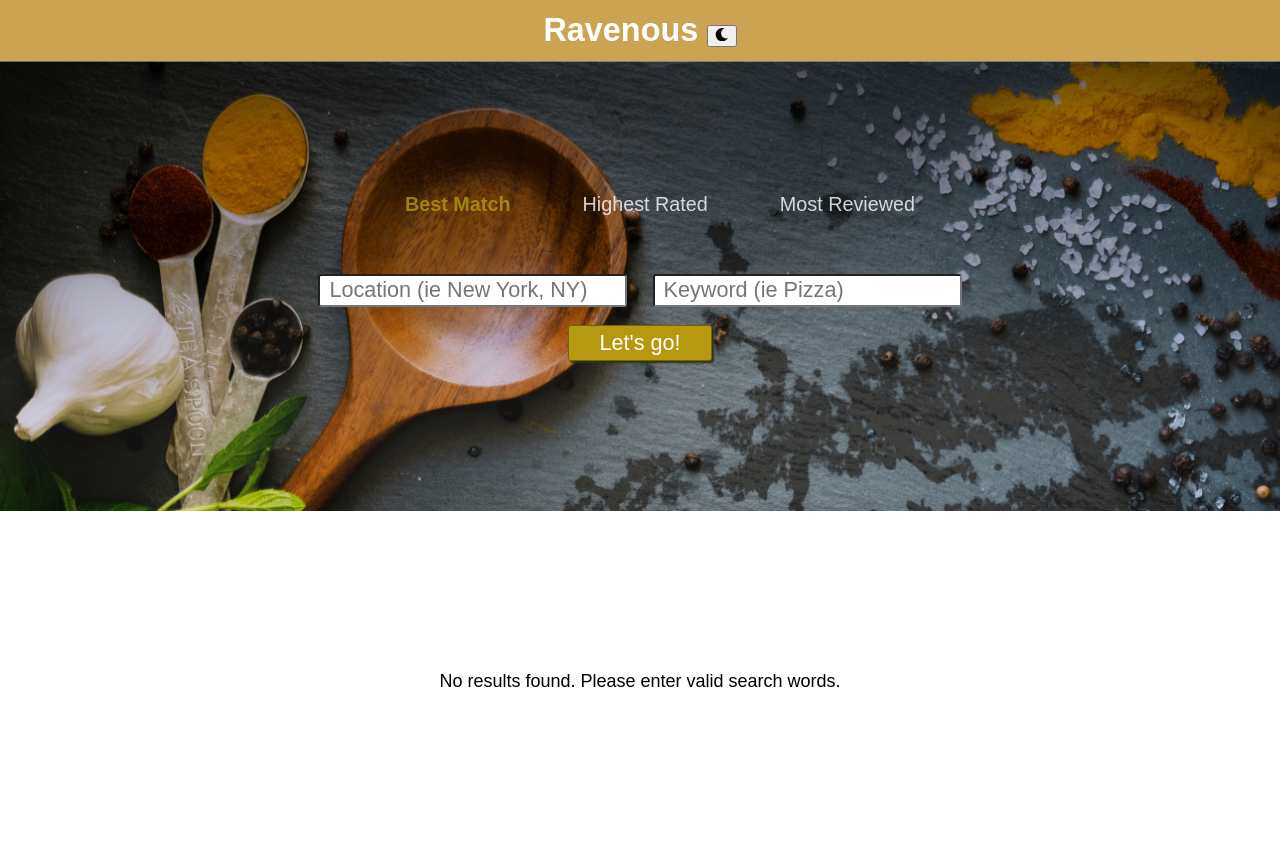
Repository: LolaSL/Ravenous
Page: /
An editor plug-in stored every save of this project. The page is shown before and after the next save, followed by the edit.
The browser window is 1280 px wide. The pictures show the whole page.
The page's requests for data from a server got no answer. The project was rebuilt for these pictures with package versions that can differ from the ones it lists, and the page was loaded fresh each time. No one was signed in, and anything a server would have sent is missing. Also part of the build but not shown: src/Business/Business.js.

Above is the page before, as saved 2024-03-24 12:55:26.

### src/App.js
import './App.css';
import React, { useState, useEffect } from 'react';
import BusinessList from './BusinessList/BusinessList';
import SearchBar from './SearchBar/SearchBar';
import getSuggestions from './utils/yelp';
import ThemeToggle from './ThemeToggle';


function App() {
  const [businesses, setBusinesses ] = useState([]);

  const searchYelp = async (keyword, location, sort) => {
    const suggestions = await getSuggestions(keyword, location, sort);
    setBusinesses(suggestions);
  };

  useEffect(() => {
    searchYelp("food", "US", "best_match");
  }, []);

  return (
    <div className="App">
      <header>
        <h1>Ravenous  <ThemeToggle /></h1>
      </header>
      <main>
        <SearchBar searchYelp={searchYelp}/>
        <BusinessList businesses={businesses}/>
      </main>
      <footer>

      </footer>

    </div>
  );
};

export default App;

### src/App.css
/* Universal Styles */

html {
  font-size: 18px;
}

html,
body {
  margin: 0;
}

@media only screen and (max-width: 560px) {
  html {
    font-size: 15px;
  }
}

input:focus {
  outline: none;
}

/* App Styles */

.App {
  font-family: "Work Sans", sans-serif;
}

.App h1 {
  padding: 0.66rem 0;
  text-align: center;
  background-color: #cca353;
  font-family: Poppins, sans-serif;
  font-size: 1.8rem;
  color: #fff;
  margin: 0;
}

### src/BusinessList/BusinessList.js
import React from 'react';
import './BusinessList.css';
import Business from '../Business/Business';

function BusinessList(prop) {
  if(!prop.businesses) {
    return (
      <div id="business-list">
        <p>No results found. Please enter valid search words.</p>
      </div>
    )
  }
  return (
    <div id="business-list">
      {prop.businesses?.map(business => {
        return <Business info={business} key={business.id}/>;
      })}
    </div>
  );
};

export default BusinessList;

### src/SearchBar/SearchBar.js
import React, { useState } from 'react';
import './SearchBar.css';

function SearchBar({ searchYelp }) {
    const [location, setLocation] = useState("US");
    const [keyword, setKeyword] = useState("restaurant");
    const [sort, setSort] = useState("best_match");

    const sortChoices = [
        { id: "best_match", choice: "Best Match" },
        { id: "rating", choice: "Highest Rated" },
        { id: "review_count", choice: "Most Reviewed" }
    ];

    const handleSortChange = (choice) => {
        setSort(choice);
    }

    const handleLocationChange = (event) => {
        let choice = event.target.value;
        if (!choice) {
            choice = "US";
        };
        setLocation(choice);
    };

    const handleKeywordChange = (event) => {
        let choice = event.target.value;
        if (!choice) {
            choice = "food";
        };
        setKeyword(choice);
    };

    const handleSubmit = (event) => {
        event.preventDefault();
        searchYelp(keyword, location, sort);
    };

    return (
        <div id="search-bar">
            <ul id="sort-options">
                {sortChoices.map((choice) => (
                    <li key={choice.id} value={choice.id} onClick={() => handleSortChange(choice.id)} className={sort === choice.id ? "active" : ""}>{choice.choice}</li>
                ))}
            </ul>
            <div id="user-input">
                <input className="search-input" id="location" onChange={handleLocationChange} placeholder="Location (ie New York, NY)" />
                <input className="search-input" id="keyword" onChange={handleKeywordChange} placeholder="Keyword (ie Pizza)" />
                <button id="submit" type="submit" onClick={handleSubmit}>Let's go!</button>
            </div>
        </div>
    );
};

export default SearchBar;

### src/utils/yelp.js
const apiKey = process.env.REACT_APP_API_KEY;
const cors = "https://cors-anywhere.herokuapp.com/";
const baseUrl = "https://api.yelp.com/v3";
const searchEndpoint = "/businesses/search";

const getSuggestions = async (keyword, location, sort) => {
  const endpoint = `${cors}${baseUrl}${searchEndpoint}?term=${keyword}&location=${location}&sort_by=${sort}`;

  try {
    const response = await fetch(endpoint,
      {
        headers: {
          Authorization: `Bearer ${apiKey}`
        }
      }
    );
    if (response.ok) {
      const jsonResponse = await response.json();
      const results = jsonResponse.businesses.map((business) => ({
        id: business.id,
        img: business.image_url,
        name: business.name,
        address: `${business.location.display_address[0]}, ${business.location.display_address[1]}`,
        category: business.categories[0].title,
        rating: business.rating,
        reviews: business.review_count
      }));
      return results;
    }
  }
  catch (error) {
    console.log(error);
  };
};
export default getSuggestions;

### src/ThemeToggle.js
import React from 'react';
import { FaSun, FaMoon } from 'react-icons/fa';

const ThemeToggle = () => {
  const [theme, setTheme] = React.useState('light');

  React.useEffect(() => {
    document.body.className = theme;
  }, [theme]);

  const toggleTheme = () => {
    if (theme === 'light') {
      setTheme('dark');
    } else {
      setTheme('light');
    }
  };

  return (
    <button className="theme-toggle" onClick={toggleTheme}>
      {theme === 'light' ? <FaMoon /> : <FaSun />}
    </button>
  );
};

export default ThemeToggle;

### src/BusinessList/BusinessList.css
/* BusinessList.css */
#business-list {
  display: flex;
  box-sizing: border-box;
  width: 100%;
  min-height: 15rem;
  margin: 2rem auto;
  padding: 1rem 5rem;
  align-items: center;
  flex-wrap: wrap;
  justify-content: center;
  background-color: white;
}

### src/SearchBar/SearchBar.css
#search-bar {
  display: flex;
  flex-direction: column;
  justify-content: center;
  background-image: url("./background_search_desktop.jpg");
  background-size: cover;
  background-repeat: no-repeat;
  height: 25rem;
}

#sort-options {
  display: flex;
  justify-content: center;
  margin-bottom: 2.22rem;
  color: white;
}

#sort-options li {
  display: inline;
  margin: 0 2rem;
  color: white;
  font-size: 1.1rem;
  opacity: 80%;
  justify-content: center;
}

#sort-options li:hover {
  cursor: pointer;
  color: rgb(182, 152, 17);
}

.active {
  color: rgb(182, 152, 17) !important;
  font-weight: bold;
}

hr {
  margin: 1.5rem auto;
  width: 30%;
  opacity: 50%;
}

#user-input {
  margin: 1rem auto;
}

.search-input {
  margin: 0 0.7rem;
  font-size: 1.2rem;
  height: 1.2rem;
  padding: 0.2rem 0.5rem;
  border-radius: 3px;
}

#submit {
  display: block;
  width: 8rem;
  height: 2rem;
  margin: 1rem auto;
  color: white;
  background-color: rgb(182, 152, 17);
  border: 1px solid rgb(107, 101, 17);
  border-radius: 3px;
  font-size: 1.2rem;
  box-shadow: 2px 2px 2px rgb(47, 53, 10);
}

#submit:hover {
  cursor: pointer;
  background-color: rgb(81, 67, 2);
}

@media only screen and (max-width: 560px) {
  #search-bar {
    background-image: url("./background_search_mobile.jpg");
  }

  #sort-options li {
    display: block;
  }

  .search-input {
    margin-right: 0 auto;
    width: 70%;
    margin-bottom: 0.86rem;
  }
}

### src/Business/Business.css
/* Business.css */
.restaurant-card {
  display: flex;
  flex-direction: column;
  justify-content: space-between;
  width: 16.66rem;
  margin: 0 0.5rem 2.3rem 0.5rem;
}

img {
  height: 16.66rem;
  margin-bottom: 1rem;
  display: flex;
  flex-direction: column;
  justify-content: center;
  overflow: hidden;
  background: #000;
  border-radius: 5px;
}
.image img {
  width: 100%;
}
.name {
  font-size: 1.2rem;
  font-weight: bold;
}

.category,
.rating {
  color: rgb(152, 97, 3);
  font-weight: bold;
}

.info {
  padding-bottom: 10px;
}

p {
  margin: 0;
}

Loaded but not shown: public/index.html (common file); src/index.js (common file); src/index.css (common file); src/reportWebVitals.js (common file)

After the next save:
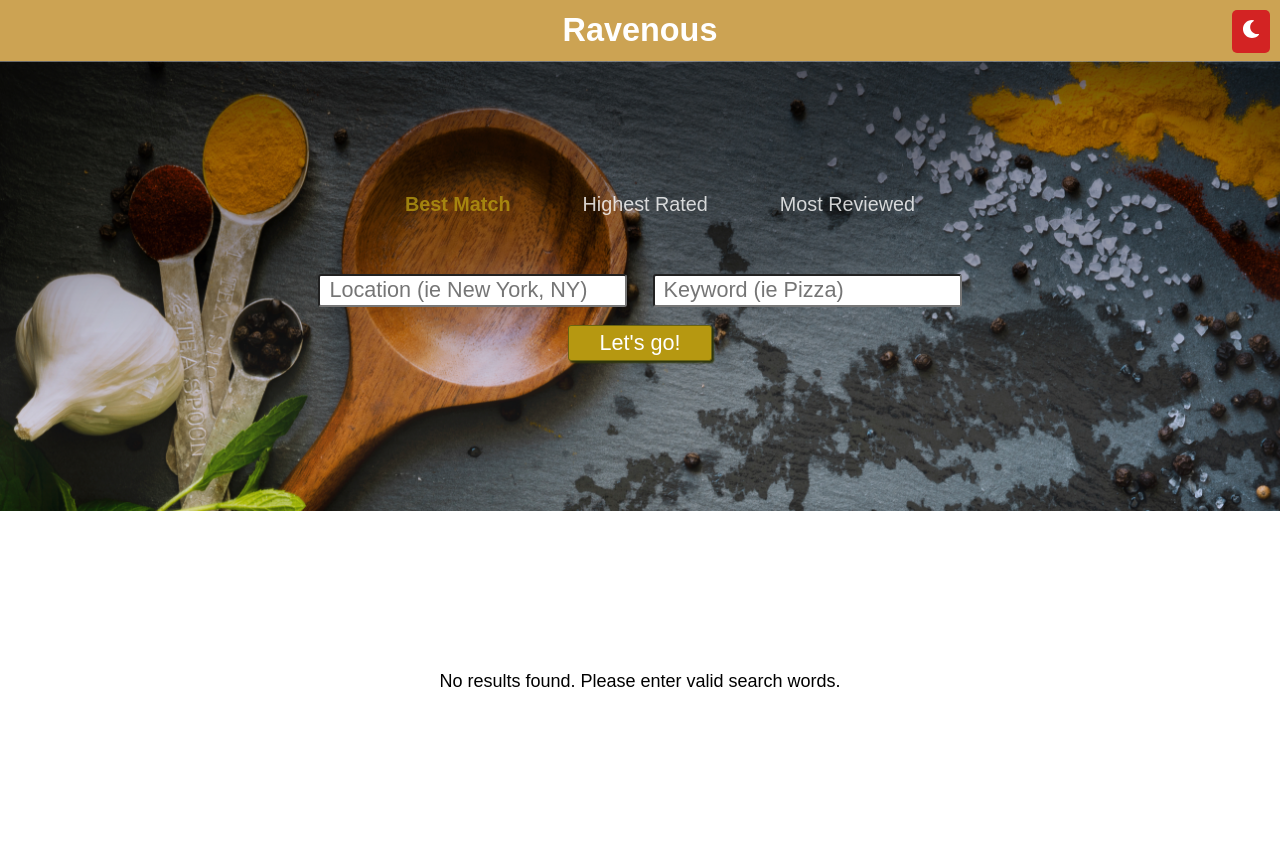
Saved 2 min 10 s later.
--- a/src/App.css
+++ b/src/App.css
@@ -34,3 +34,18 @@ input:focus {
   color: #fff;
   margin: 0;
 }
+.theme-toggle {
+  position: absolute;
+  top: 0;
+  right: 0;
+  margin: 10px;
+  padding: 10px;
+  border: none;
+  border-radius: 5px;
+  background-color: #d32323;
+  color: #fff;
+  font-size: 1rem;
+  font-weight: 550;
+  letter-spacing: 1px;
+  cursor: pointer;
+}
